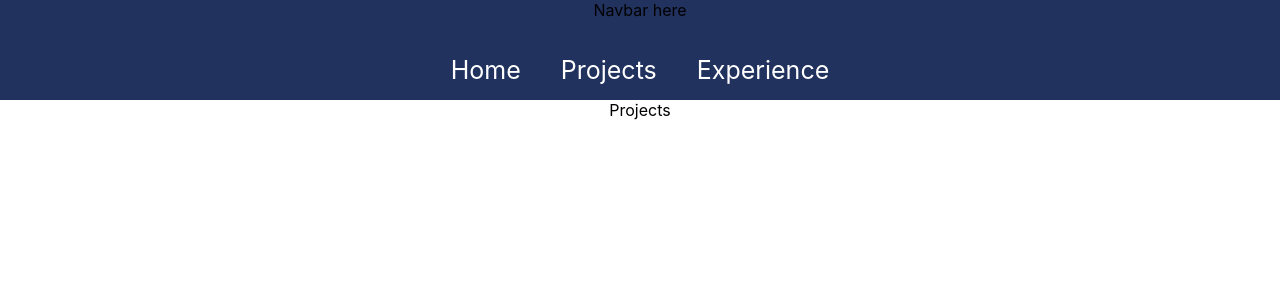
Repository: chiubacca94/chiufolio
Page: /projects
These files come from the project's save history. The page is drawn as it stood at one moment and after the next save; the edit follows.
The browser window is 1280 px wide. The pictures show the whole page.
The project was rebuilt for these pictures with package versions that can differ from the ones it lists, and the page was loaded fresh each time. Also part of the build but not shown: src/components/Home/Home.js, src/components/Experiences/Experiences.js.

Above is the page before, as saved 2022-07-03 20:33:35.

After the next save:
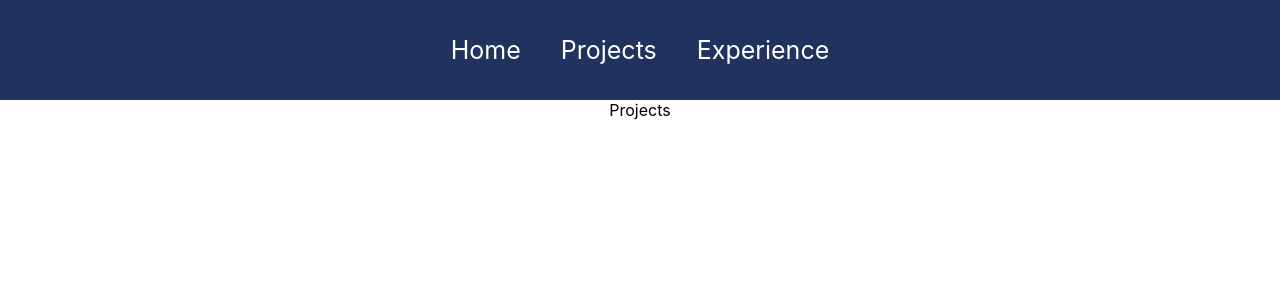
Saved 40 s later.
--- a/src/components/NavBar/Navbar.js
+++ b/src/components/NavBar/Navbar.js
@@ -5,7 +5,6 @@ import "./Navbar.css"
 function Navbar() {
     return (
         <div className="navbar">
-            Navbar here
             <div className="toggleButton">
                 <button></button>
             </div>
